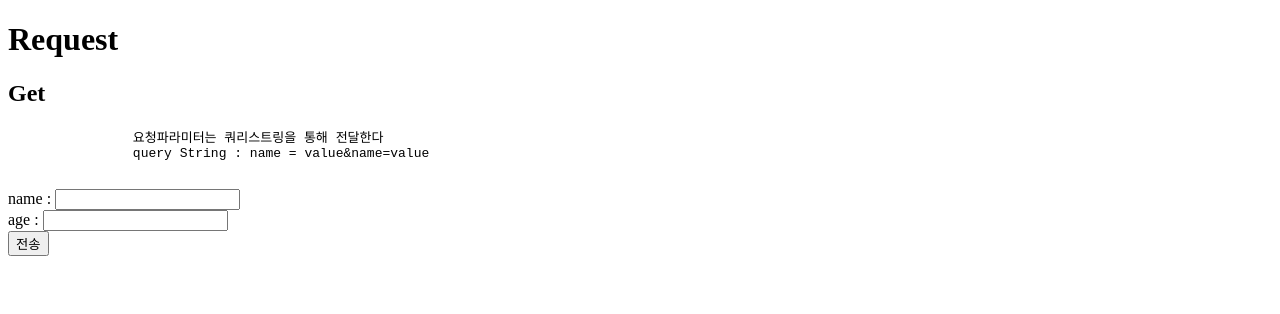
Repository: vaynel/StudyFile
Page: H_spring/spring04_servlet/WebContent/a_request.html
The author's editor kept a copy of each file at every save. The page is drawn from the files as they stood at one save, then again after the next save.
The browser window is 1280 px wide. The pictures show the whole page.

Above is the page before, as saved 2023-01-18 01:48:14.

### H_spring/spring04_servlet/WebContent/a_request.html
<!DOCTYPE html>
<html>
<head>
<meta charset="UTF-8">
<title>Insert title here</title>
</head>
<body>

	<h1>Request</h1>
	<h2>Get</h2>
	<pre>
		요청파라미터는 쿼리스트링을 통해 전달한다
		query String : name = value&name=value
	</pre>
	<form action="/srping04_servlet/req">
		<label>name : <input type="text" name="name"></label><br>
	    <label>age : <input type="number" name="age"></label><br>
	    <button>전송</button>


	</form>



</body>
</html>

After the next save:
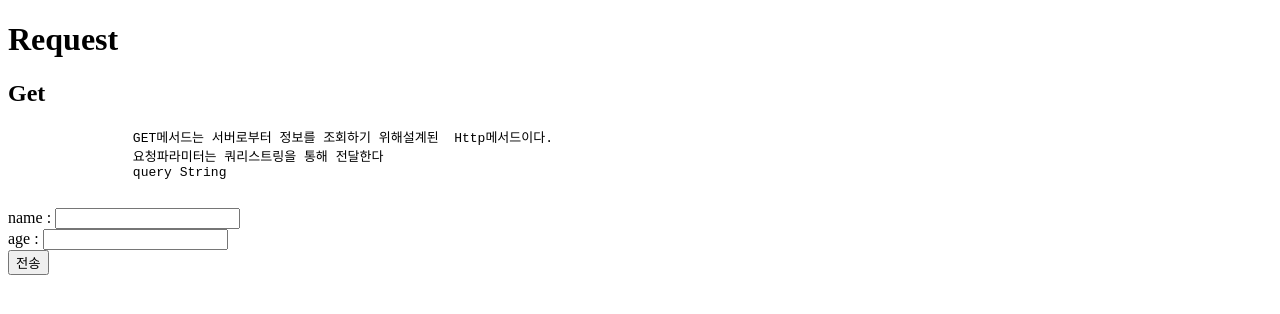
Saved 9 s later.
--- a/H_spring/spring04_servlet/WebContent/a_request.html
+++ b/H_spring/spring04_servlet/WebContent/a_request.html
@@ -9,8 +9,9 @@
 	<h1>Request</h1>
 	<h2>Get</h2>
 	<pre>
+		GET메서드는 서버로부터 정보를 조회하기 위해설계된  Http메서드이다.
 		요청파라미터는 쿼리스트링을 통해 전달한다
-		query String : name = value&name=value
+		query String
 	</pre>
 	<form action="/srping04_servlet/req">
 		<label>name : <input type="text" name="name"></label><br>
